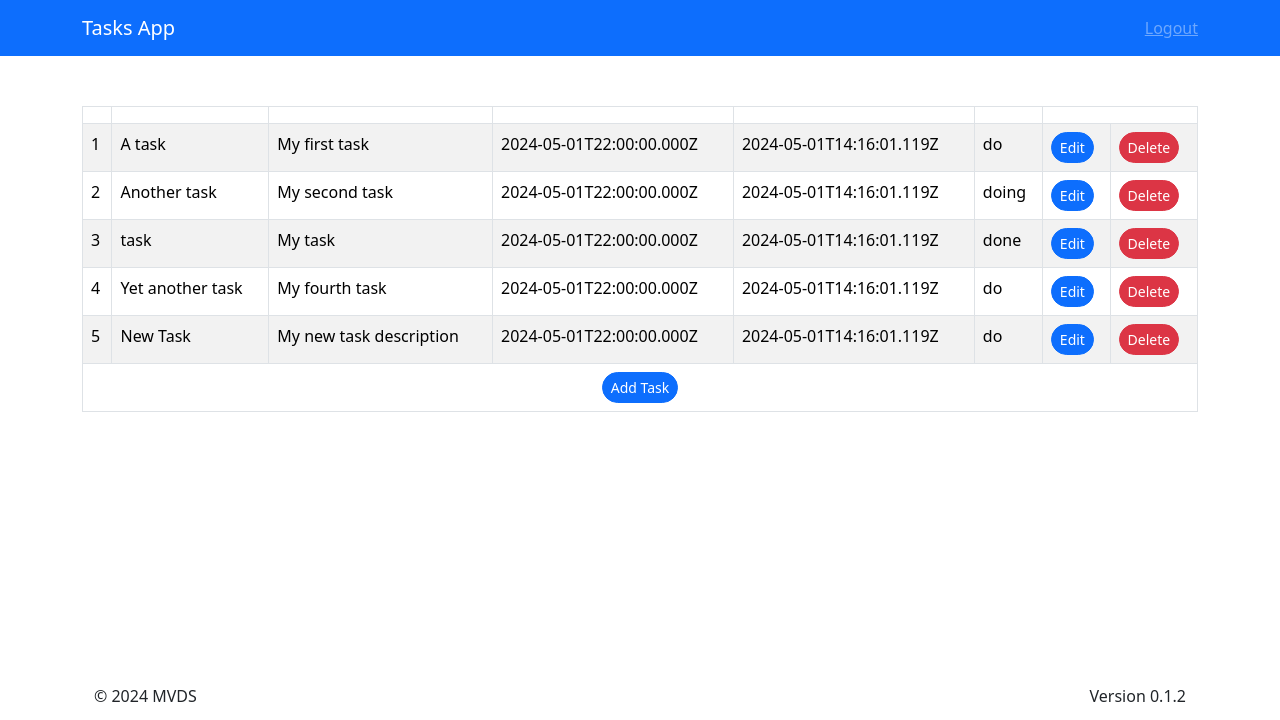
Repository: trider/react-task-manager
Page: /#/tasks
An editor plug-in stored every save of this project. The page is shown before and after the next save, followed by the edit.
The browser window is 1280 px wide. The pictures show the whole page.
The project was rebuilt for these pictures with package versions that can differ from the ones it lists, and the page was loaded fresh each time. Also part of the build but not shown: src/App.css, src/data/_Users.js, src/pages/Login.js.

Above is the page before, as saved 2024-05-07 18:04:51.

After the next save:
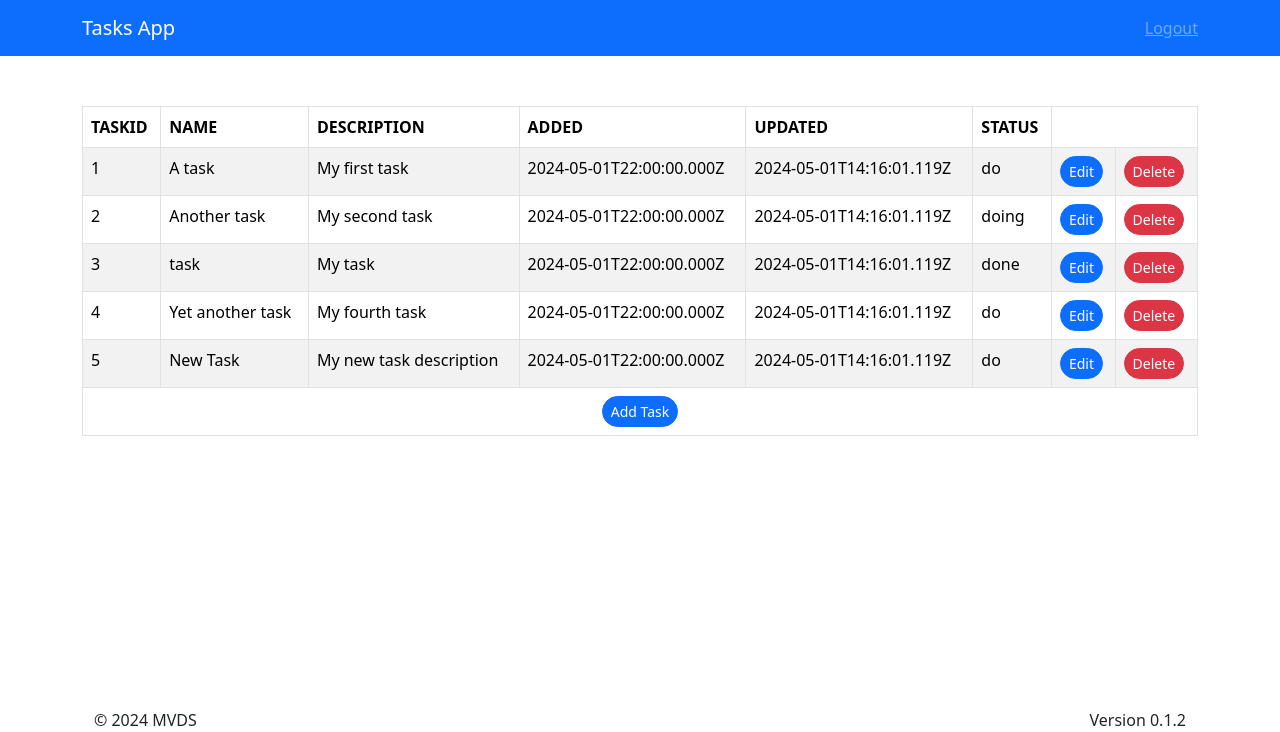
Saved 10 s later.
--- a/src/pages/Task.js
+++ b/src/pages/Task.js
@@ -246,7 +246,7 @@ const TaskTable = () => {
         <thead>
           <tr>
             {tableCols.map((col) => (
-              <th key={col}>{col.toUpperCase}</th>
+              <th key={col}>{col.toUpperCase()}</th>
             ))}
             <th colSpan={"2"}></th>
           </tr>
